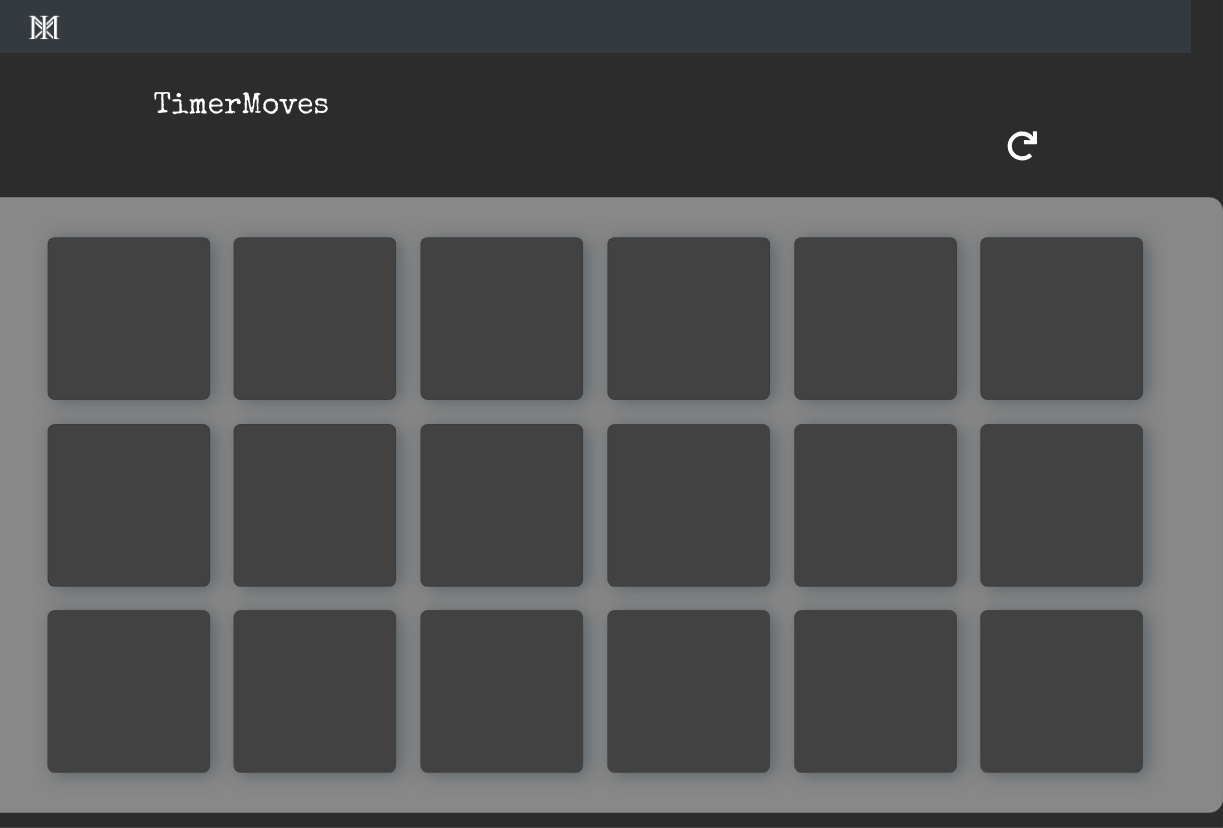
Repository: Code-Institute-Submissions/Milestone-25
Page: game.html
The author's editor kept a record of every edit. The page is drawn from the files as they stood at one moment, then again after the next edit.
The browser window is 1280 px wide. The page is 1315 px wide, so the pictures cover 1315 px, including what lies to the right of the window. The pictures show the whole page, at 93% of full size.
Some web libraries are served in a nearby version.

Above is the page before.

### game.html
<!DOCTYPE html>
<html lang="en">

<head>
  <meta charset="UTF-8">
  <meta name="viewport" content="width=device-width, initial-scale=1">
  <meta http-equiv="X-UA-Compatible" content="ie=edge">
  <link rel="stylesheet" href="https://stackpath.bootstrapcdn.com/bootstrap/4.4.1/css/bootstrap.min.css" integrity="sha384-Vkoo8x4CGsO3+Hhxv8T/Q5PaXtkKtu6ug5TOeNV6gBiFeWPGFN9MuhOf23Q9Ifjh" crossorigin="anonymous">
  <script src="https://ajax.googleapis.com/ajax/libs/jquery/3.4.1/jquery.min.js"></script>
  <script src="https://maxcdn.bootstrapcdn.com/bootstrap/4.4.1/js/bootstrap.min.js"></script>
  <script src="https://use.fontawesome.com/releases/v5.12.0/js/all.js"></script>
  <link rel="stylesheet" href="assets/css/style.css" media="screen">
  <title>Memoryphile Home</title>
</head>

<body>
  <!--Navbar with option to return to homescreen-->
  <nav class="navbar navbar-expand-md navbar-dark bg-dark sticky-top">
    <div class="container-fluid">
      <a class="navbar-brand"><img src="./assets/images/logo.png" height="25" alt="Memoryphile Logo"></a>
    </div>
  </nav>
</body>

<!--Unordered list to form the grid for matching deck-->
<div class="container padding game-container">
  <!-- section for timer and move counter and restart -->
  <section class="requirements">
    <div class="timer">Timer</div>
    <div class="moves">Moves</div>
    <div class="restart"><i class="fas fa-redo"></i></div>
  </section>

  <ul class="gamedeck">
    <!--Original Cards-->
    <li class="card" type="bomb">
      <i class="fas fa-bomb"></i>
    </li>
    <li class="card" type="biohazard">
      <i class="fas fa-biohazard"></i>
    </li>
    <li class="card" type="secret">
      <i class="fas fa-user-secret"></i>
    </li>
    <li class="card" type="question">
      <i class="fas fa-question-circle"></i>
    </li>
    <li class="card" type="search">
      <i class="fas fa-search"></i>
    </li>
    <li class="card" type="skull">
      <i class="fas fa-skull"></i>
    </li>
    <li class="card" type="building">
      <i class="fas fa-landmark"></i>
    </li>
    <li class="card" type="jet">
      <i class="fas fa-fighter-jet"></i>
    </li>
    <li class="card" type="binocular">
      <i class="fas fa-binoculars"></i>
    </li>

    <!--Matching Cards-->

    <li class="matchedcard" type="bomb">
      <i class="fas fa-bomb"></i>
    </li>
    <li class="matchedcard" type="biohazard">
      <i class="fas fa-biohazard"></i>
    </li>
    <li class="matchedcard" type="secret">
      <i class="fas fa-user-secret"></i>
    </li>
    <li class="matchedcard" type="question">
      <i class="fas fa-question-circle"></i>
    </li>
    <li class="matchedcard" type="search">
      <i class="fas fa-search"></i>
    </li>
    <li class="matchedcard" type="skull">
      <i class="fas fa-skull"></i>
    </li>
    <li class="matchedcard" type="building">
      <i class="fas fa-landmark"></i>
    </li>
    <li class="matchedcard" type="jet">
      <i class="fas fa-fighter-jet"></i>
    </li>
    <li class="matchedcard" type="binocular">
      <i class="fas fa-binoculars"></i>
    </li>
  </ul>


</div>



<script type="text/javascript" src="./assets/js/main.js"></script>
</body>

</html>

### assets/css/style.css
@import url('https://fonts.googleapis.com/css?family=Homemade+Apple|Special+Elite&display=swap');

/* ==============  MEDIA QUERIES   ==============*/

/*--------Bootstrap Breakpoints---------*/

/* xs devices (<576px) = default in Bootstrap (hence no media query)

sm devices (>576px) = @media max-width: 576px

md devices (>768px) = @media max-width: 768px

lg devices (>992px) = @media max-width: 992px

xl devices (>1200px) = @media max-width: 1200px
*/

/*--------Media Queries--------*/

/* max-width, not min-width, for mobile-first styling */

@media (max-width: 992px) {

}

@media (max-width: 768px) {


}

@media (max-width: 576px) {



}


/* ==============STYLING==============*/

/*--------HTML, BODY Styling-----*/

html,
body {
  height: 100%;
  width: 100%;
  font-family: 'Special Elite', sans-serif;
  color: #fff;
  background-color: #2c2c2d;
  box-sizing: border-box;
}

/*------------BUTTON STYLING--------*/

.btn-secondary {
    background-color: #c30e0e;
    border-color: #c30e0e;
    margin-top: 10%;
    margin-bottom: 10%;
    font-size: 350%;
    padding-top: 1.5%;

}


/*------------Instructions STYLING--------*/

.instructions {
  font-size: 150%;
  display: inline-block;
  margin-left: 6%;
  margin-right: 6%;
}


/*--------------GAME.html styling---------*/

*,
*::before,
*::after {
    box-sizing: inherit;
}


.game-container {
/* Flexbox */
  flex-direction: column;
  display: flex;
  justify-content: center;
  align-items: center;
}


/*------------REQUIRMENTS Styling--------*/

.requirements {
  text-align: left;
  margin-top: 35px;
  margin-bottom: 25px;
  width: 950px;
  font-size: 200%;

}

.requirements .timer {
  float: left;
}

.requirements .restart {
  float: right;
}

.requirements .moves {
  float: inherit;
}
.requirements-timer {
  text-align: center;
  margin-top:35px;
  font-size: 300%;
}


/*------------GAMEDECK Styling ---------*/

.gamedeck {
  min-height: 600px;
  width: 1350px;
  background: #888888;
  border-radius: 15px;
  padding: 30px;
/* Flexbox */
  display: flex;
  flex-wrap: wrap;
  justify-content: center;
  align-items: center;
}

.card,
.matchedcard {
  height: 175px;
  width: 175px;
  background: #424242;
  border-radius: 8px;
  box-shadow: 5px 2px 20px 0 rgba(46, 61, 73, 0.5);
  margin: 1%;
/* shrink font so that when a card is 'flipped', font enlarges */
  font-size: 0;
  color: #ffffff;
  display: flex;
  justify-content: center;
  align-items: center;
  /* add cursor to indicate interactivity to user */
  cursor: pointer;
}

/* for click reveal */

.card.open {
  transform: rotateY(0);
  background: #421a1a;
}

.card.show {
  font-size: 75px;
}

.deck .card.open {
    transform: rotateY(0);
    background: #02b3e4;
    cursor: default;
}

.deck .card.show {
    font-size: 33px;
}

.deck .card.match {
    cursor: default;
    background: #02ccba;
    font-size: 33px;
}

### assets/js/main.js
//on page open, timer counts from 90 secs down

//on page open, or on restart, cards are reshuffled

//on reset, cards shuffled, reset game board, reset timer

// Shuffle function from http://stackoverflow.com/a/2450976
function shuffle(array) {
    var currentIndex = array.length, temporaryValue, randomIndex;

    while (currentIndex !== 0) {
        randomIndex = Math.floor(Math.random() * currentIndex);
        currentIndex -= 1;
        temporaryValue = array[currentIndex];
        array[currentIndex] = array[randomIndex];
        array[randomIndex] = temporaryValue;
    }

    return array;
}

//if timer = 0, game over

// on click, moves increases by 1

// if moves > 40, game over

//on restart, pasue game and timer and ask for confirmation
    //if confirmation = true page refreshes and timer + cards all reset
    //if confirmation = false, game and timer resumes


// on click:
    //if no other card active, flip card and set to active
    //if other card active, compare img of both active cards
        //if img match, match counter increase by one
        //on no match, both cards return to rest state

//(no. of cards = 18)

//if match counter = 9, player wins.

//if match counter = 9, timer stops

//score? = at win, total moves and total time remaining

//set keyboard (p)ause and (esc)ape actions

//if player wins, produce success message (and rating out of three?)

//if player loses (out of time, or exceeds moves), produce loss message

//

After the next edit:
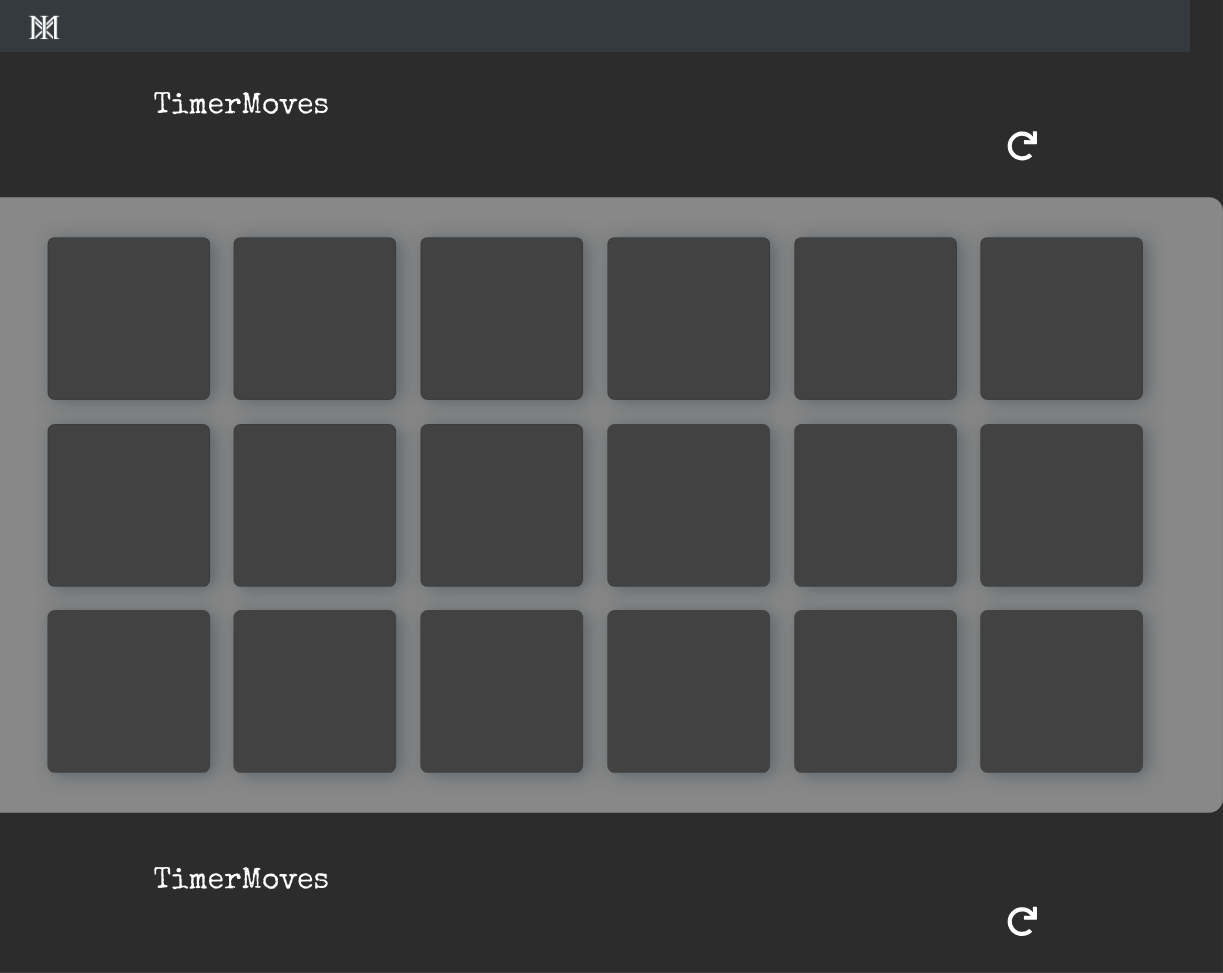
The edit:
--- a/game.html
+++ b/game.html
@@ -94,6 +94,13 @@
 
 
 </div>
+<div class="container padding game-container">
+  <!-- section for timer -->
+  <section class="requirements">
+    <div class="timer">Timer</div>
+    <div class="moves">Moves</div>
+    <div class="restart"><i class="fas fa-redo"></i></div>
+  </section>
 
 
 
